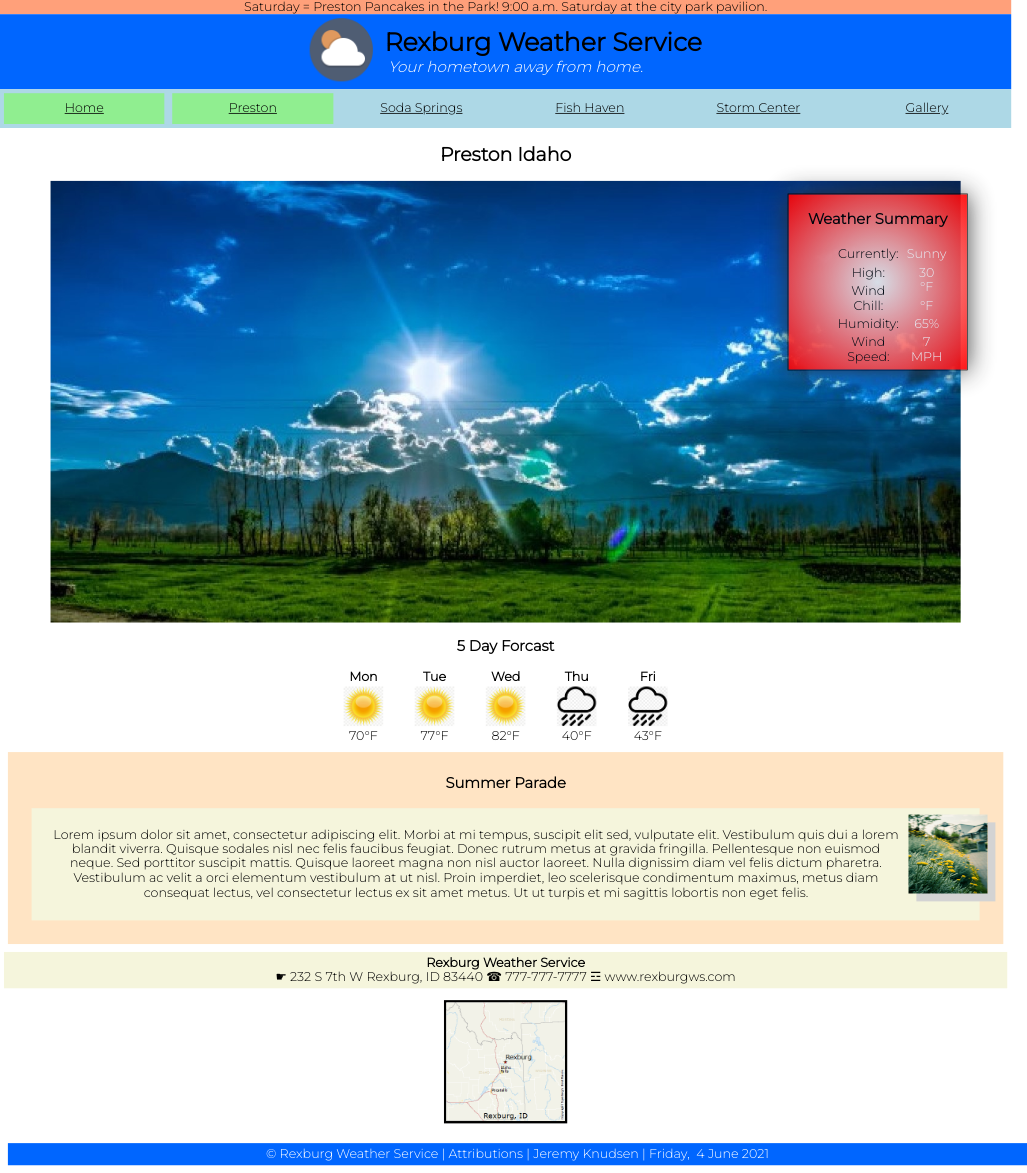
Repository: jknudsen97/jknudsen97.github.io
Page: Lesson06/preston-6.html
The author's editor kept a copy of each file at every save. The page is drawn from the files as they stood at one save, then again after the next save.
The browser window is 1280 px wide. The page is 1300 px wide, so the pictures cover 1300 px, including what lies to the right of the window. The pictures show the whole page, at 79% of full size.

Above is the page before, as saved 2021-06-09 12:37:11.

### Lesson06/preston-6.html
<!DOCTYPE html>
<html lang="en">
<head>
    <meta charset="UTF-8">
    <meta http-equiv="X-UA-Compatible" content="IE=edge">
    <meta name="viewport" content="width=device-width, initial-scale=1.0">
    <title>Rexburg Weather Service</title>
    <meta name="description" content="This will be the main preston town page"/>
    <link rel="preconnect" href="https://fonts.gstatic.com">
    <link href="https://fonts.googleapis.com/css2?family=Montserrat:wght@100;300&display=swap" rel="stylesheet">
    <link rel="preconnect" href="https://fonts.gstatic.com">
    <link href="https://fonts.googleapis.com/css2?family=Nunito:wght@300&display=swap" rel="stylesheet">
    <script defer src="js/script.js"></script>
    <link rel="stylesheet" href="https://cdnjs.cloudflare.com/ajax/libs/normalize/8.0.1/normalize.min.css">
    <link rel="stylesheet" href="css/main.css"/>
    <link rel="stylesheet" href="css/medium.css"/>
    <link rel="stylesheet" href="css/large.css"/>
</head>
<body>
    <div class="banner">Saturday = Preston Pancakes
        in the Park!  9:00 a.m.
        Saturday at the city park pavilion.
    </div>
    <header>
        <picture>
            <img src="images/logo.png" alt="Preston logo">
        </picture>
        <section class="headings">
            <h1>Rexburg Weather Service</h1>
            <div class="motto">Your hometown away from home.</div>
        </section>
    </header>

    <div class="nav">
        <div class="hamburger">
            <span class="bar"></span>
            <span class="bar"></span>
            <span class="bar"></span>
        </div>
        <ul class="menu">
            <li><a href="#home" class="link">Home</a></li>
            <li><a href="#preston" class="current">Preston</a></li>
            <li><a href="#sodaSprings" class="link">Soda Springs</a></li>
            <li><a href="#fishHaven" class="link">Fish Haven</a></li>
            <li><a href="#stormCenter" class="link">Storm Center</a></li>
            <li><a href="#gallery" class="link">Gallery</a></li>
        </ul>
    </div>
    <main>
        <div>
            <h2>Preston Idaho</h2>
            <picture>
                <source srcset="images/wdd230_image200.jpeg" media="(max-width: 500px)">
                <source srcset="images/wdd230_image400.jpeg" media="(max-width: 800px)">
                <source srcset="images/wdd230_image600.jpeg" media="(max-width: 1200px)">
                <img class="stock1" src="images/wdd230_image600.jpeg" alt="Stock Photo 1">
            </picture>
                    <div class="summary">
                        <h3>
                            Weather Summary
                        </h3>
                        <div class="sum-titles">
                            <ul class="sum-data">
                                <li>Currently: </li>
                                <li>High: </li>
                                <li>Wind Chill: </li>
                                <li>Humidity: </li>
                                <li>Wind Speed: </li>
                            </ul>
                            <ul>
                                <li class="s-color">Sunny</li>
                                <li class="s-color"><span id="temp">30</span>&#176;F</li>
                                <li class="s-color"><span id="WC"></span>&#176;F</li>
                                <li class="s-color">65%</li>
                                <li class="s-color"> <span id="speed">7</span>MPH</li>
                            </ul>
                        </div>
                    </div>
                    <div class="weather">
                        <h3>5 Day Forcast</h3>
                        <table class="table">
                            <tr class="days">
                                <th>Mon</th>
                                <th>Tue</th>
                                <th>Wed</th>
                                <th>Thu</th>
                                <th>Fri</th>
                            </tr>
                            <tr>
                                <td><img class="sunny" src="images/sunny.png" alt="Sunny Thumbnail"><span>70&#176;F</span></td>
                                <td><img class="sunny" src="images/sunny.png" alt="Sunny Thumbnail"><span>77&#176;F</span></td>
                                <td><img class="sunny" src="images/sunny.png" alt="Sunny Thumbnail"><span>82&#176;F</span></td>
                                <td><img class="rainy" src="images/rainy.png" alt="Sunny Thumbnail"><span>40&#176;F</span></td>
                                <td><img class="rainy" src="images/rainy.png" alt="Sunny Thumbnail"><span>43&#176;F</span></td>
                            </tr>
                        </table>
                    </div>
                    <div class="background">
                    <h3>Summer Parade</h3>
                    <img class="stock2" src="images/stock2.jpg" alt="Stock Photo 2">
                <div class="fillerText">
                    <p>
                    Lorem ipsum dolor sit amet, consectetur adipiscing elit.
                    Morbi at mi tempus,
                    suscipit elit sed,
                    vulputate elit. Vestibulum quis dui a lorem blandit viverra.
                    Quisque sodales nisl nec felis faucibus feugiat.
                    Donec rutrum metus at gravida fringilla.
                    Pellentesque non euismod neque.
                    Sed porttitor suscipit mattis.
                    Quisque laoreet magna non nisl auctor laoreet.
                    Nulla dignissim diam vel felis dictum pharetra.
                    Vestibulum ac velit a orci elementum vestibulum at ut nisl.
                    Proin imperdiet, leo scelerisque condimentum maximus,
                    metus diam consequat lectus,
                    vel consectetur lectus ex sit amet metus.
                    Ut ut turpis et mi sagittis lobortis non eget felis.
                    </p>
                </div>
            </div>
        </div>
        <div class="contact">
            <p class="contact-info"><b>Rexburg Weather Service</b>
            &#9755;	232 S 7th W
            Rexburg, ID 83440
            &#9742; 777-777-7777
            &#9778; www.rexburgws.com</p>
        </div>
        <div class="map">
            <img class="map2" src="images/map.png" alt="Rexburg Map">
        </div>
    </main>
    <footer>
        <div>&copy; Rexburg Weather Service | Attributions | Jeremy Knudsen |&nbsp;</div>
        <div class="current2">
            <span id="currentDayofWeek"></span>, &nbsp;
            <span id="currentDay"></span> &nbsp; <span id="currentMonth"></span> &nbsp;
            <span id="currentYear"></span>
        </div>
    </footer>
</body>
</html>

### Lesson06/css/main.css
header {
    background-color: #0066ff;
    padding: 5px;
    display: flex;
    align-items: center;
    justify-content: center;
}

header img{
    width: 50px;
    height: auto;
}

body{
    font-family: 'Montserrat', sans-serif;
}

main{
    text-align: center;
}

p{
    justify-content: center;
    background-color: beige;
    padding: 25px;
    margin: 20px;
}

.headings {
    display: flex;
    flex-direction: column;
}

.headings h1{
    font-size: 2em;
    margin: 0 0 0 15px;
}

.motto{
    font-style: italic;
    color: white;
    margin-left: 20px;
    font-size: 1.2rem;
}

.nav{
    overflow: hidden;
    background-color: lightblue;
    position: relative;
}

.menu{
    overflow: hidden;
    display: none;
}

.menu li{
    list-style: none;
    text-decoration: none;
    flex: 1;
    text-align: center;
    justify-content: center;
    box-sizing: border-box;
    line-height: 1.5rem;
}

.menu a{
    color: black;
    justify-content: space-between;
    text-align: center;
    list-style-type: none;
    flex-direction: row;
    align-items: center;
    display: block;
}

.active{
    display: block;
    padding: 0px;
}

a.link, a.current{
    padding: 7.5px;
}

.nav a.icon{
    background: black;
    display: block;
    position: absolute;
    right: 0;
    top: 0;
}

.hamburger{
    display: none;
}

.bar{
    display: block;
    width: 25px;
    height: 3px;
    margin: 5px auto;
    -webkit-transition: all 0.3s ease-in-out;
    transition: all 0.3s ease-in-out;
    background-color: black;
}

footer {
    margin: 10px;
    color: white;
    background-color: #0066ff;
    padding: 5px;
    display: flex;
    align-items: center;
    justify-content: center;
    flex-direction: column;
}

.hamburger{
    display: block;
    cursor: pointer;
}

.hamburger.active .bar:nth-child(2) {
    opacity: 0;
}

.hamburger.active .bar:nth-child(1) {
    transform: translateY(8px) rotate(45deg);
}

.hamburger.active .bar:nth-child(3) {
    transform: translateY(-8px) rotate(-45deg);
}

.header img{
    width: 120px;
    height: auto;
}

/*Lesson05*/

.stock1{
    display: block;
    align-items: center;
    margin-left: auto;
    margin-right: auto;
    max-width: 95%;
    height: auto;
    position: relative;
}

.stock2{
    box-shadow: 10px 10px lightgray;
    margin: 10px;
    float: right;
    width: 100px;
    height: 100px;
}

.fillertext{
    padding: 15px;
    margin: 10px;
    text-align: justify;
}

.background{
    justify-content: center;
    display: block;
    background-color: bisque;
    padding: 10px;
    margin: 10px;
}

.weather{
    display: none;
}

.contact-info{
    margin: 5px;
    padding: 5px;
    display: flex;
    flex-direction: column;
}

.map{
    display: none;
}

ul{
    padding: 0;
    margin: 0;
    list-style-type: none;
}

li{
    margin: 5px;
}

div.summary{
    top: 240px;
    right: 50px;
    background: radial-gradient(#eee, red);
    border: 1px solid #000;
    padding: 0.15rem;
    box-shadow: 0 0 30px #333;
    opacity: .9;
    margin: 5px;
}

.s-color{
    color: white;
}

.banner{
    text-align: center;
    background-color: lightsalmon;
    margin-left: auto;
    margin-right: auto;
}

td{
    padding-right: 20px;
    padding-left: 20px;
}

tr{
    padding: 5px;
    clear: both;
    overflow: hidden;
    white-space: nowrap;
}

.sum-titles{
    display: grid;
    grid-template-columns: 1fr 1fr;
}

### Lesson06/css/medium.css
@media only screen and (min-width: 32.5em){
    .menu{
        display: flex;
    }

    header img{
        width: 80px;
        height: auto;
    }

    .headings h1{
        font-size: 2rem;
    }

    .hamburger{
        display: none;
    }

    footer{
        margin: 10px;
        flex-direction: row;
        width: 100%;
    }

    /*Lesson05*/

    .stock1{
        width: 50%;
        height: 10%;
    }

    .weather{
        display: contents;
    }

    .table{
        border-collapse: collapse;
        margin-left: auto;
        margin-right: auto;
    }

    th, td{
        border: 1px black;
    }

    .sunny{
        width: 50px;
        height: 50px;
    }

    .rainy{
        width: 50px;
        height: 50px;
    }

    span{
        display: block;
    }

    .current2{
        display: flex;
        flex-direction: row;
    }

    .map{
        display: contents;
    }

    .map2{
        position: static;
        width: 150px;
        height: 150px;
        margin: 10px;
        border-style: solid;
        border-color: black;
    }

    .summary{
        top: 275px;
        right: 50px;
        position: absolute;
    }

    .sum-titles{
        position: static;
        border-collapse: collapse;
        margin-left: auto;
        margin-right: auto;
        max-width: 50%;
        height: auto;
    }

    .nav a:active{
        background-color: white;
    }

    .nav a:hover{
        background-color: green;
        color: white;
    }


    .current {
        background:lightgreen;
      }
}

### Lesson06/css/large.css
@media only screen and (min-width: 60em){
    .menu{
        display: flex;
        top: 5rem;
        border-radius: 10px;
        justify-content: space-between;
        width: 100%;
        transition: 0.3s;
    }

    .stock1{
        width: 90%;
    }
}

### Lesson06/js/script.js
const hamburger = document.querySelector(".hamburger");
const menu = document.querySelector(".menu");
hamburger.addEventListener("click", mobileMenu);

function mobileMenu() {
    hamburger.classList.toggle("active");
    menu.classList.toggle("active");
}

const link = document.querySelectorAll(".link");
link.forEach(n => n.addEventListener("click", closeMenu));

function closeMenu(){
    hamburger.classList.remove("active");
    menu.classList.remove("active");
}

var d = new Date();
var weekday = new Array(7);
weekday[0] = "Sunday";
weekday[1] = "Monday";
weekday[2] = "Tuesday";
weekday[3] = "Wednesday";
weekday[4] = "Thursday";
weekday[5] = "Friday";
weekday[6] = "Saturday";

var n = weekday[d.getDay()];
document.querySelector("#currentDayofWeek").innerHTML = n;

var n = d.getDate();
document.querySelector("#currentDay").innerHTML = n;

var month = new Array();
month[0] = "January";
month[1] = "February";
month[2] = "March";
month[3] = "April";
month[4] = "May";
month[5] = "June";
month[6] = "July";
month[7] = "August";
month[8] = "September";
month[9] = "October";
month[10] = "November";
month[11] = "December";

var n = month[d.getMonth()];
document.querySelector("#currentMonth").innerHTML = n;

var n = d.getFullYear();
document.querySelector("#currentYear").innerHTML = n;

//Lesson05

/*var header = document.querySelector("#nav");
var btns = header.getElementsByClassName("link");
for (var i = 0; i < btns.length; i++) {
  btns[i].addEventListener("click", function() {
  var current = document.getElementsByClassName("active");
  if (current.length > 0) {
    current[0].className = current[0].className.replace(" active", "");
  }
  this.className += " active";
  });
}*/

const current = 0;
for (var i = 0; i < document.links.length; i++) {
    if (document.links[i].href === document.URL) {
        current = i;
    }
}
document.links[current].className = 'current';

let thedate = new Date();
const friday = thedate.getDay();
const banner = document.querySelector('.banner');

if (thedate.getDay() == 5)
{
  document.querySelector('.banner').style.display = 'block';
}
else
{
  banner.style.display = "none";
}

After the next save:
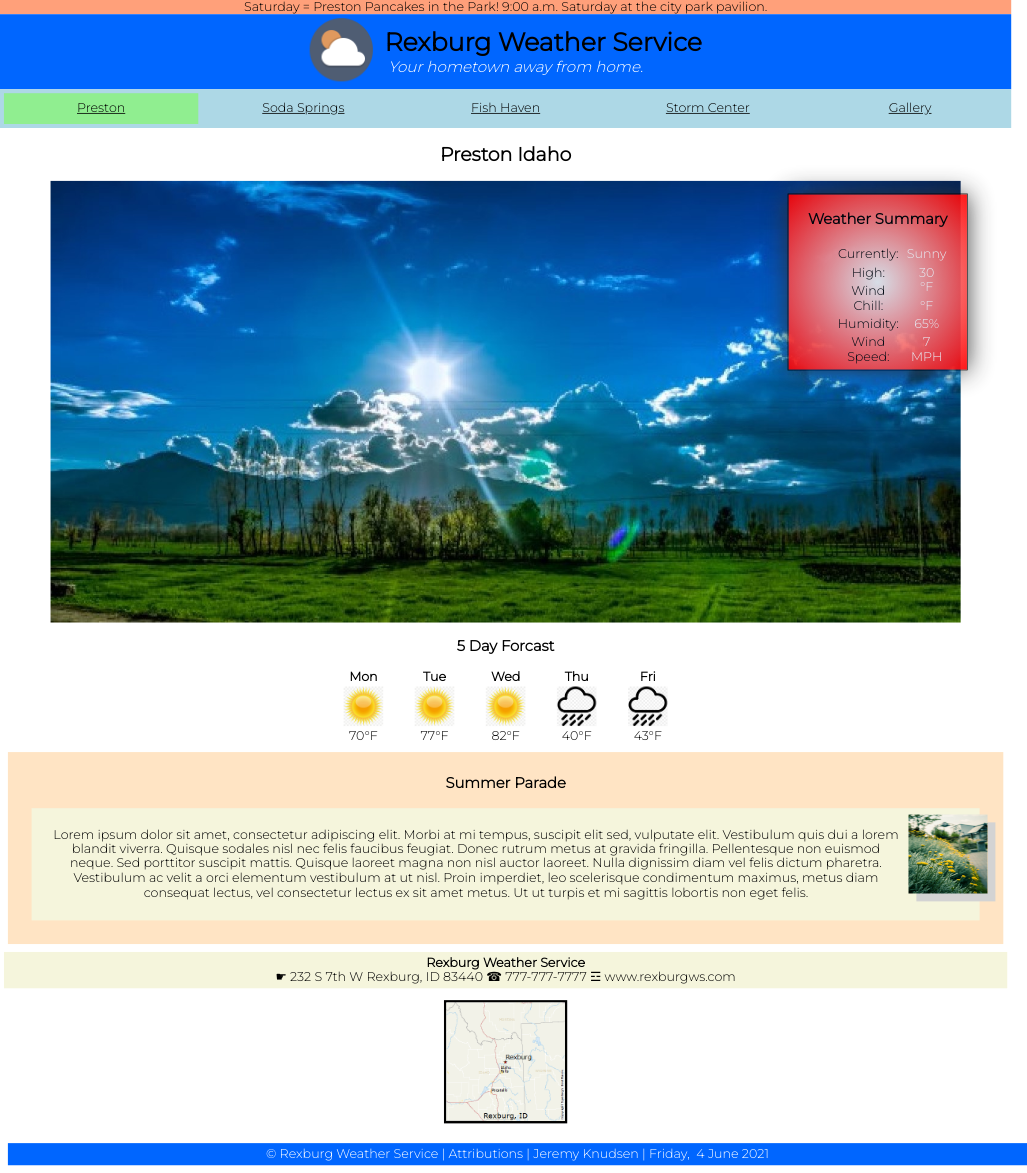
Saved 104 s later.
--- a/Lesson06/preston-6.html
+++ b/Lesson06/preston-6.html
@@ -38,7 +38,7 @@
             <span class="bar"></span>
         </div>
         <ul class="menu">
-            <li><a href="#home" class="link">Home</a></li>
+
             <li><a href="#preston" class="current">Preston</a></li>
             <li><a href="#sodaSprings" class="link">Soda Springs</a></li>
             <li><a href="#fishHaven" class="link">Fish Haven</a></li>
